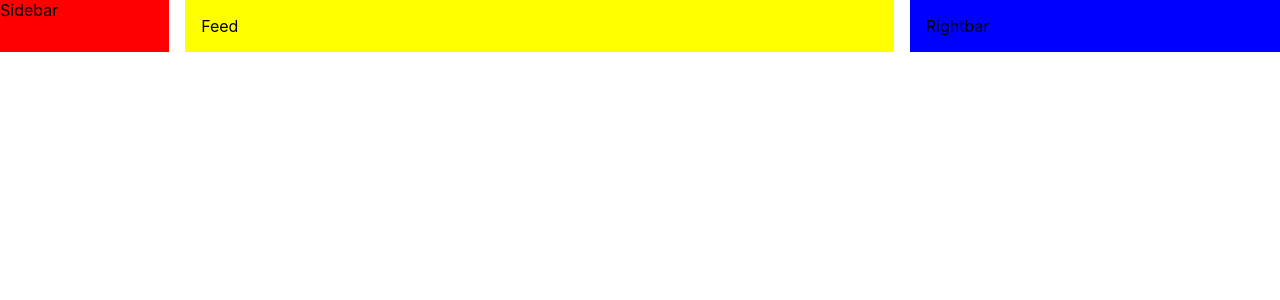
Repository: abubaker-cs/mui5_dashboard
Page: /
The author's editor kept a copy of each file at every save. The page is drawn from the files as they stood at one save, then again after the next save.
The browser window is 1280 px wide. The pictures show the whole page.
The project was rebuilt for these pictures with package versions that can differ from the ones it lists, and the page was loaded fresh each time. Also part of the build but not shown: src/App.css.

Above is the page before, as saved 2022-07-17 05:27:54.

After the next save:
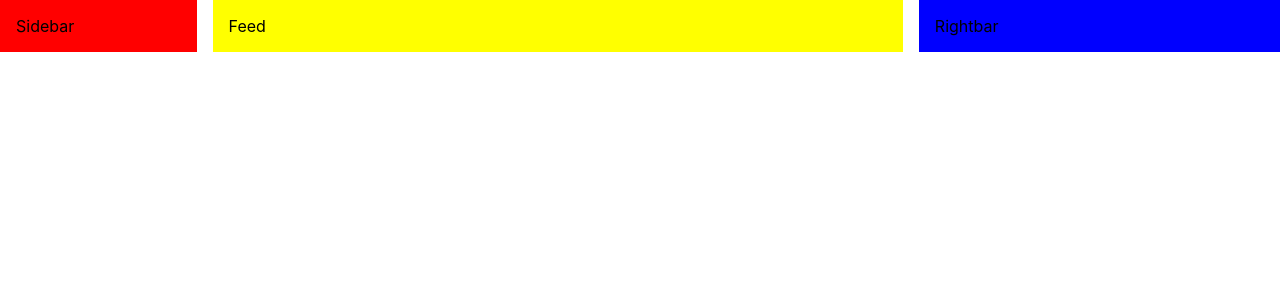
Saved 6 s later.
--- a/src/components/Sidebar.jsx
+++ b/src/components/Sidebar.jsx
@@ -3,7 +3,7 @@
 
 const Sidebar = () => {
   return (
-    <Box bgcolor="red" flex={1}>
+    <Box bgcolor="red" flex={1} p={2}>
       Sidebar
     </Box>
   );
